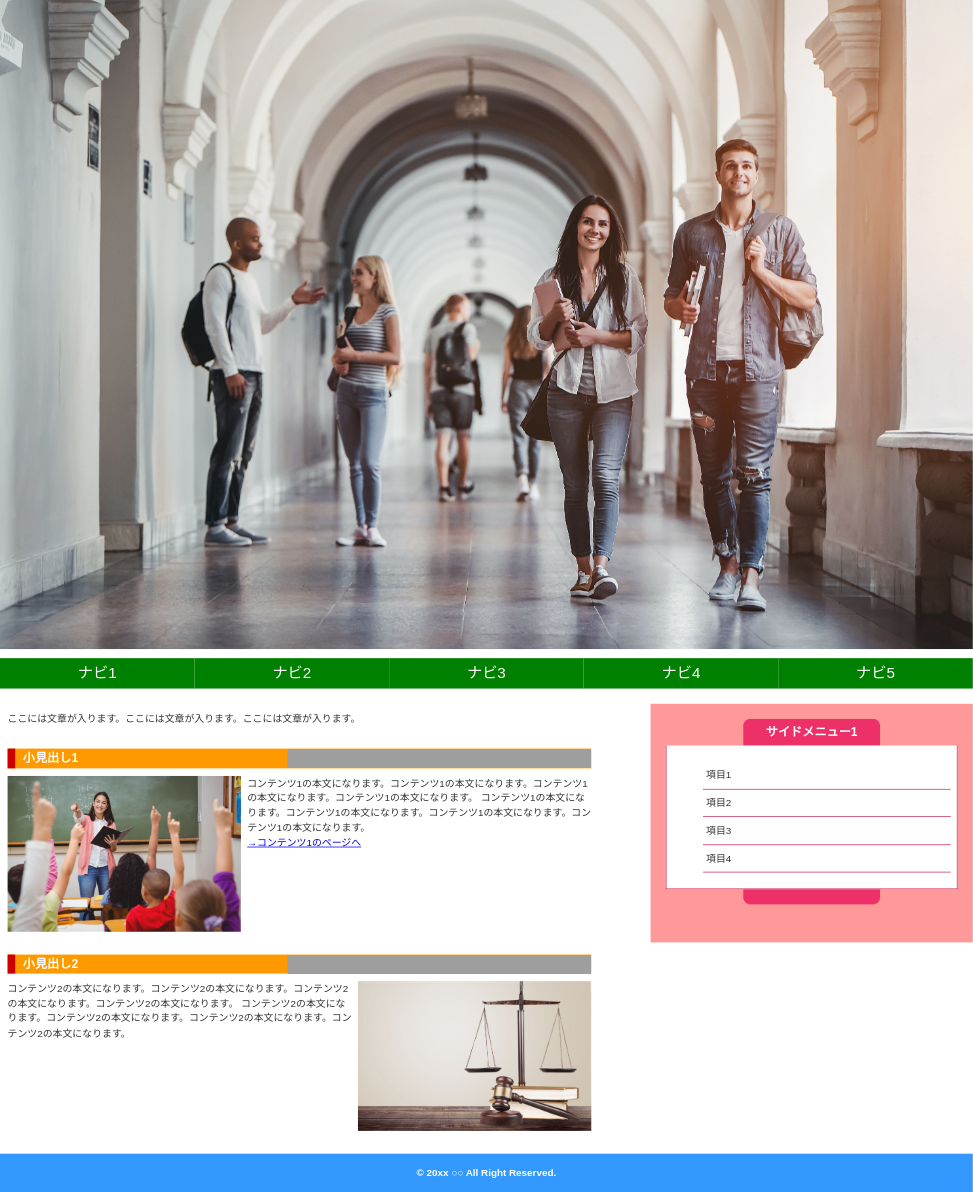
Repository: mayu0000/samurai_HTML-CSS
Page: home.html
The author's editor kept a record of every edit. The page is drawn from the files as they stood at one moment, then again after the next edit.
The browser window is 1280 px wide. The pictures show the whole page, at 76% of full size.
Pictures or frames that could not be fetched are drawn as grey boxes.

Above is the page before.

### home.html
<!DOCTYPE html>
<html lang = "ja">
    <head>
        <meta charset = "utf-8">
        <title>HTML/CSSの学習</title>
        <link rel = "stylesheet" href="stylesheet.css">
    </head>
    <body>
        <div id = "header">
            <h1><a href = "index.html"><img id = "corridor" src = "image/corridor.jpg" alt = "大学の廊下" /></a></h1>
        </div>
        <div id = "wrapper">
            <div id = "nav">
                <ul>
                    <li><a href = "home.html">ナビ1</a></li>
                    <li><a href = "#">ナビ2</a></li>
                    <li><a href = "#">ナビ3</a></li>
                    <li><a href = "#">ナビ4</a></li>
                    <li><a href = "#">ナビ5</a></li>
                </ul>
            </div>
            <div id = "container">
                <div id = "main">
                    <div class ="post">
                        <p>ここには文章が入ります。ここには文章が入ります。ここには文章が入ります。</p>
                    </div>
                    <div class = "post clearfix">
                        <h2>小見出し1</h2>
                        <img class = "left" src = "image/classroom.jpg" alt "授業風景">
                        <p>
                            コンテンツ1の本文になります。コンテンツ1の本文になります。コンテンツ1の本文になります。コンテンツ1の本文になります。
                            コンテンツ1の本文になります。コンテンツ1の本文になります。コンテンツ1の本文になります。コンテンツ1の本文になります。
                        </p>
                        <p><a href ="#">→コンテンツ1のページへ</a></p>
                    </div>
                    <div class = "post clearfix">
                        <h2>小見出し2</h2>
                        <img class = "right" src = "image/scale.jpg" alt="天秤" />
                        <p>
                            コンテンツ2の本文になります。コンテンツ2の本文になります。コンテンツ2の本文になります。コンテンツ2の本文になります。
                            コンテンツ2の本文になります。コンテンツ2の本文になります。コンテンツ2の本文になります。コンテンツ2の本文になります。
                        </p>
                    </div>
                </div>
            </div>
                <div id = side>
                    <div class = "box">
                        <h2>サイドメニュー1</h2>
                        <div class = "boxBody">
                            <ul>
                                <li>項目1</li>
                                <li>項目2</li>
                                <li>項目3</li>
                                <li>項目4</li>
                            </ul>
                        </div>
                    </div>
                </div>
        </div>
        <div id = "footer">
            <p>&copy; 20xx ○○ All Right Reserved.</p>
        </div>
    </body>
</html>

### stylesheet.css
@charset "utf-8";

body {
    margin: 0;
    padding: 0;
    font-family: "ヒラギノ角ゴ Pro W3", "Hiragino Kaku Gothic Pro", "メイリオ", Meiryo, Osaka, "MS Pゴシック", "MS PGothic", sans-serif;
    color: #333;
    font-size: 13px;
    line-height: 150%;
}

/* -----------------------------------------wrapper--------------------------------------------------------*/
#wrapper {
    width: 100%;
    margin: auto;
    padding: 0px;
    border: 0px;
    background-color: #FFF;
    top: 10px;
    position: relative;
}

/*--------------------------- header -------------------------------*/
#header {
    width: 100%;
}
#header h1 {
    margin: 0;
    padding: 0;
}
#corridor {
    width: 100%;
    height: auto;
}

/*--------------------------- footer -------------------------------*/
#footer {
    clear: both;
    width: 100%;
    padding: 3px 0 3px 0;
    background-color: #39F;
    color: #FFF;
    font-weight: bold;
    text-align: center;
}

/*--------------------------- nav -------------------------------*/
#nav {
   width: 100%;
}
#nav ul {
    margin: 0;
    padding: 0;
    list-style-type: none;
}
#nav ul li {
    float: left;
    width: 20%;
    text-align: center;
}

#nav ul li a {
    display: block;
    height: 20px;
    margin: 0;
    padding: 10px;
    color: #FFF;
    font-size: 20px;
    text-decoration: none;
    background-color: green;
}

#nav ul li a:hover {
    filter: drop-shadow(10px 10px 10px black);
}

/*--------------------------- container -------------------------------*/
#container {
    width: 100%;
    margin: auto;
    padding: auto;
    padding-top: 20px;
    clear: both;
}

/*--------------------------- main -------------------------------*/
#main {
    float: left;
    width: 60%;
    padding: 10px 30px 10px 10px;
}

#main h2 {
    margin: 0 0 10px 0;
    padding: 3px 10px 3px 10px;
    color: #FFF;
    font-size: 16px;
    border-left: solid 10px #C00;
    background: #F90 url(../image/main_h2.jpg) right top repeat-y;
}

#main p{
    margin: 0;
    padding: 0;
}

#main .post {
    margin: 0 0 30px 0;
}

#main .post img.right {
    margin: 0 0 0 8px;
}


#main .post img.left {
    margin: 0 8px 0 0;
}

.right {
    float: right;
    width: 40%;
    height: auto;
}
.left {
    float: left;
    width: 40%;
    height: auto;
}

/*--------------------------- clearfix -------------------------------*/
.clearfix {
    zoom: 1;
}
.clearfix:after {
    content: "";
    display: block;
    clear: both;
}

/*--------------------------- side -------------------------------*/
#side {
    float: right;
    width: 30%;
    padding: 20px;
    background-color: #F99;
}
#side .box {
    margin: 0 auto 30px auto;
    padding: 0 0 20px 0;
    background: url(image/side_box.png) bottom no-repeat;
}
#side .box h2 {
    margin: 0;
    padding: 8px;
    text-align: center;
    color: #fff;
    font-size: 16px;
    line-weight: 16px;
    font-weight: nprmal;
    background: url(image/side_box_h2.png) center no-repeat;
}
#side .box .boxBody {
    padding: 8px;
    border-right: solid 1px #C36;
    border-bottom: solid 1px #C36;
    border-left: solid 1px #C36;
    background: #fff;
}
#side .body .boxBody ul {
    margin: 0 0 16px 0;
    padding: 0;
}
#side .box .boxBody ul li {
    padding: 8px 0 8px 4px;
    list-style: none;
    border-bottom: solid 1px #C36;
}

#side .box .boxBody ul li:hover {
    padding: 8px 0 8px 4px;
    list-style: none;
    border-bottom: solid 1px #C36;
    box-shadow: 0px 4px 4px rgba(0,0,0,0.3);
}

After the next edit:
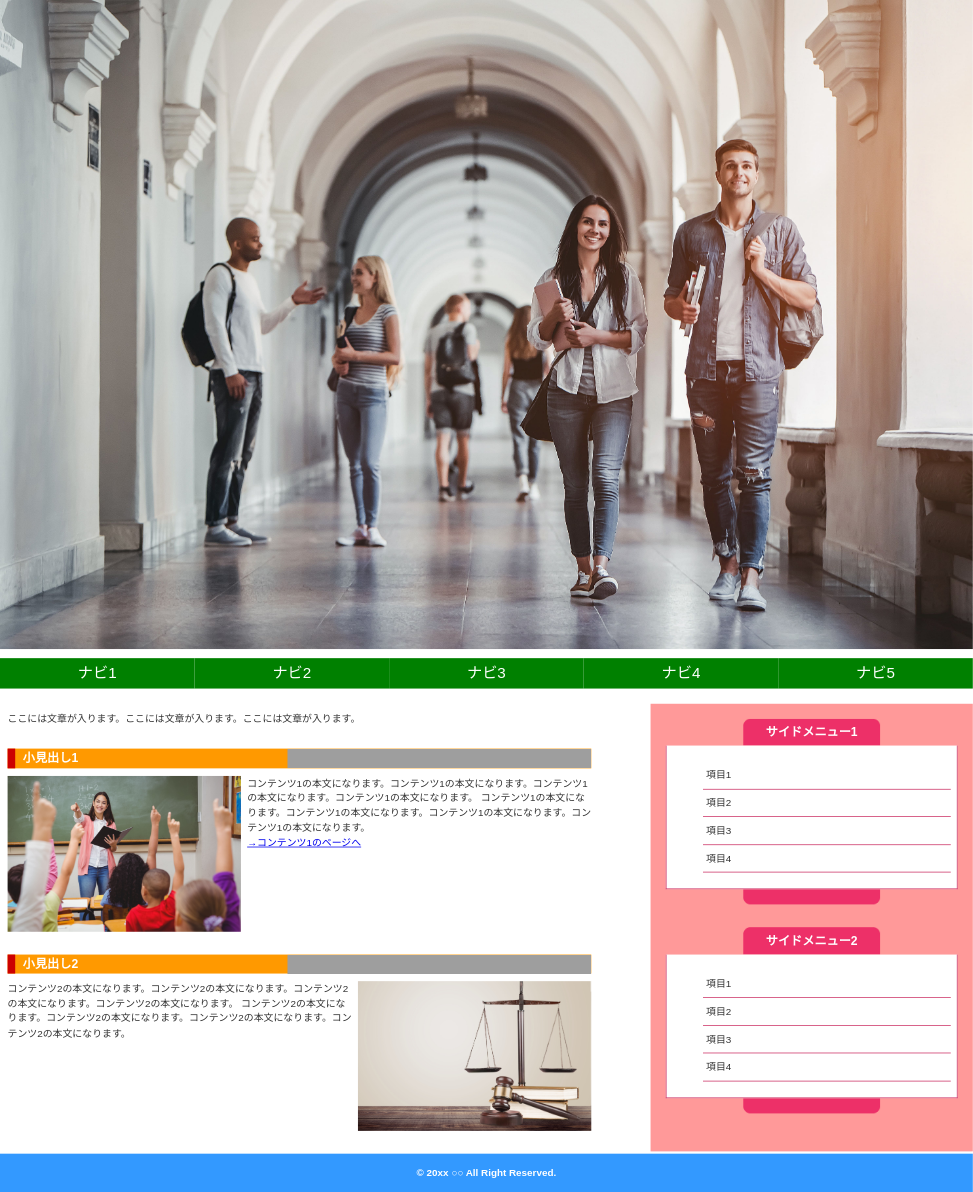
The edit:
--- a/home.html
+++ b/home.html
@@ -55,6 +55,17 @@
                             </ul>
                         </div>
                     </div>
+                    <div class = "box">
+                        <h2>サイドメニュー2</h2>
+                        <div class = "boxBody">
+                            <ul>
+                                <li>項目1</li>
+                                <li>項目2</li>
+                                <li>項目3
+                                <li>項目4</li>
+                            </ul>
+                        </div>
+                    </div>
                 </div>
         </div>
         <div id = "footer">
